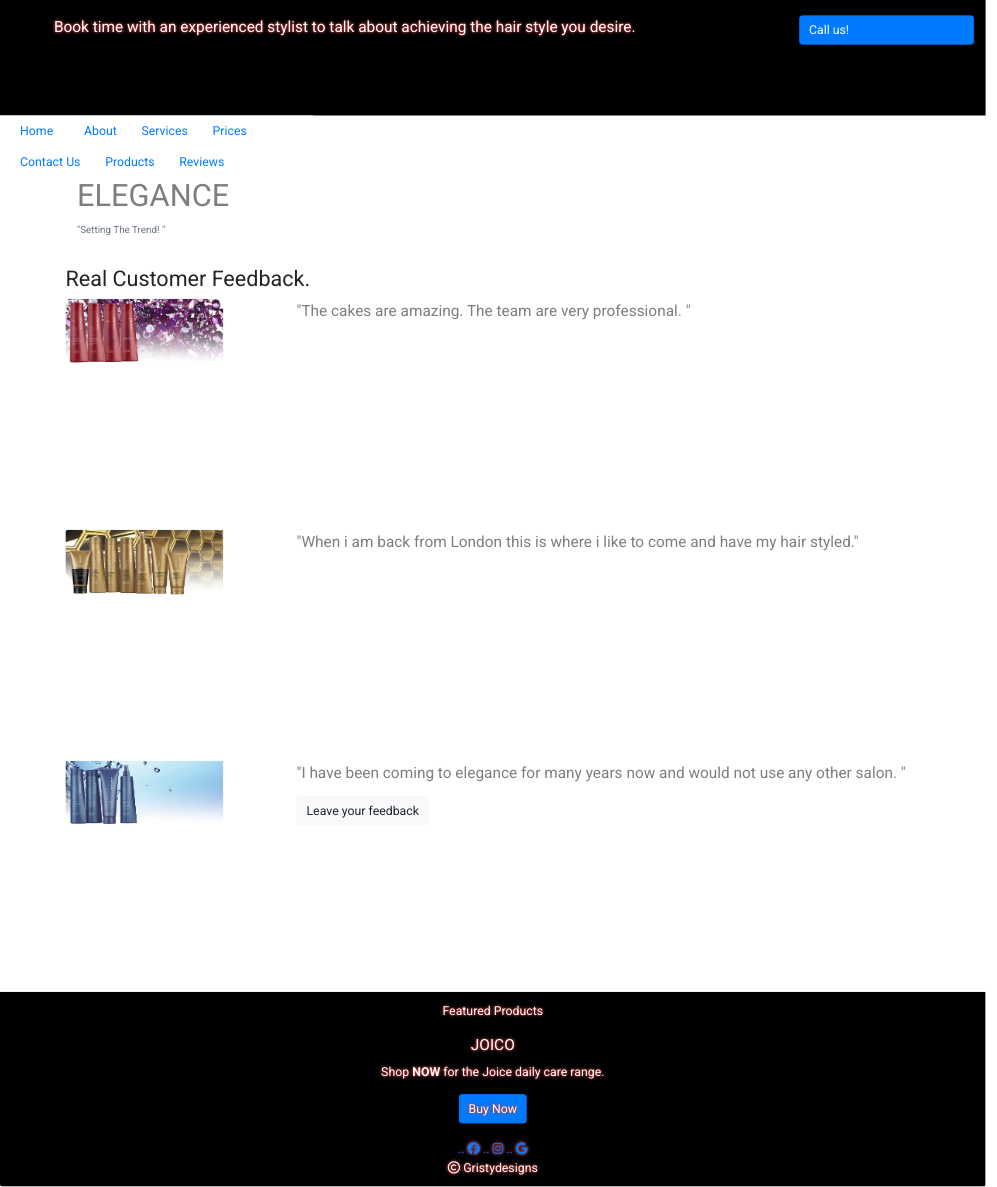
Repository: Gristydesigns/elegance-salon
Page: reviews.html
The author's editor kept a record of every edit. The page is drawn from the files as they stood at one moment, then again after the next edit.
The browser window is 1280 px wide. The page is 1295 px wide, so the pictures cover 1295 px, including what lies to the right of the window. The pictures show the whole page, at 77% of full size.
Some web libraries are served in a nearby version.

Above is the page before.
Console error: TypeError: Cannot read properties of undefined (reading 'fn')

After the next edit:
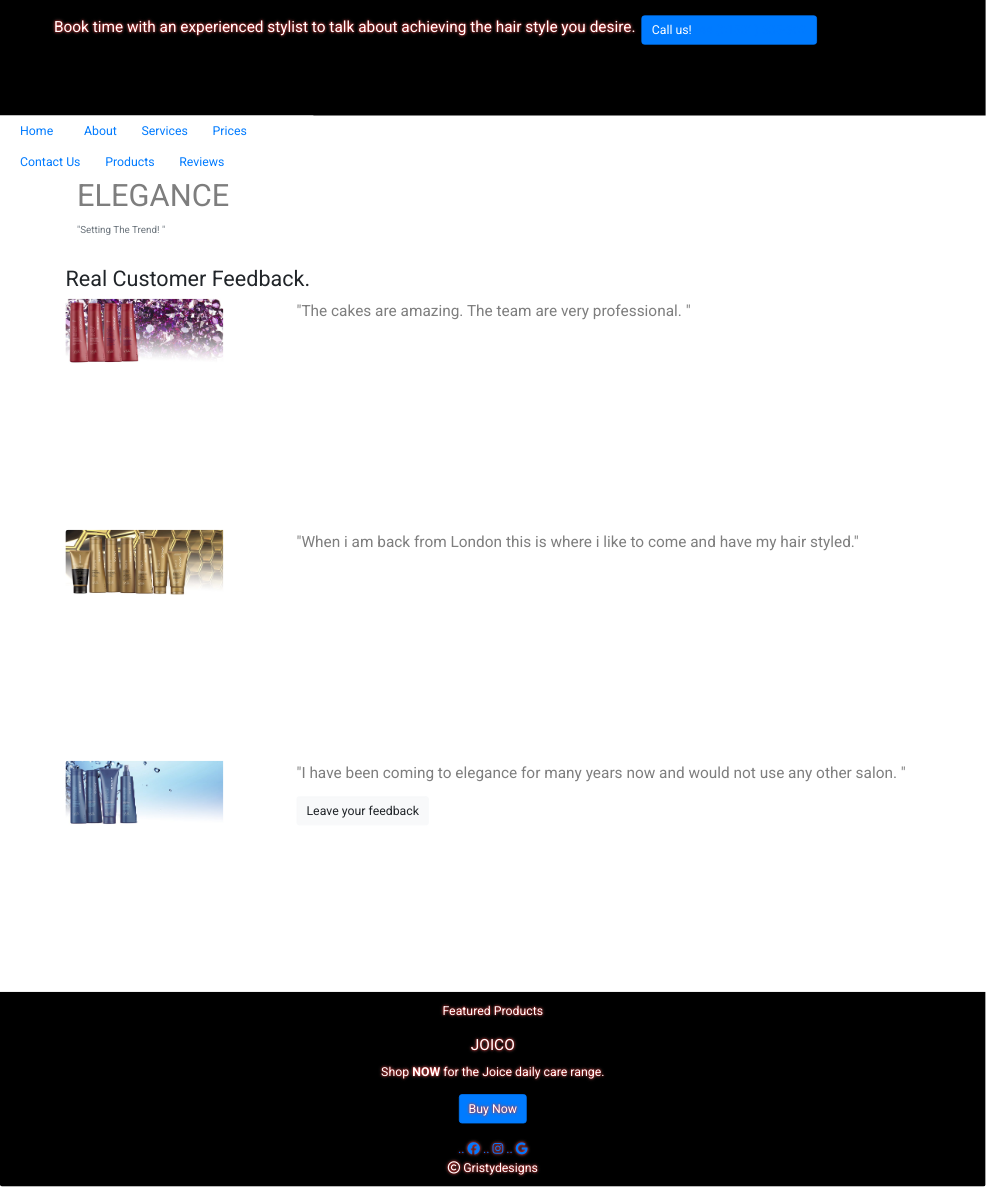
The edit:
--- a/reviews.html
+++ b/reviews.html
@@ -21,7 +21,7 @@
         <!--callout--------------->
         <section class="container-fluid call-to-action">
             <div class="row">
-                <div class="col-12">
+                <div class="col-12 col-md-10">
                     <button class="btn-spinner-grow btn-spinner-grow-sm btn btn-primary btn-md float-right role=" button " >Call us!<a href="tel:+44-1531-635-309 ">+44 (01531) 635-309</a></button>
                 <p class="lead ">Book time with an experienced stylist  to talk about achieving the hair style you desire.</p>
                 </div>
